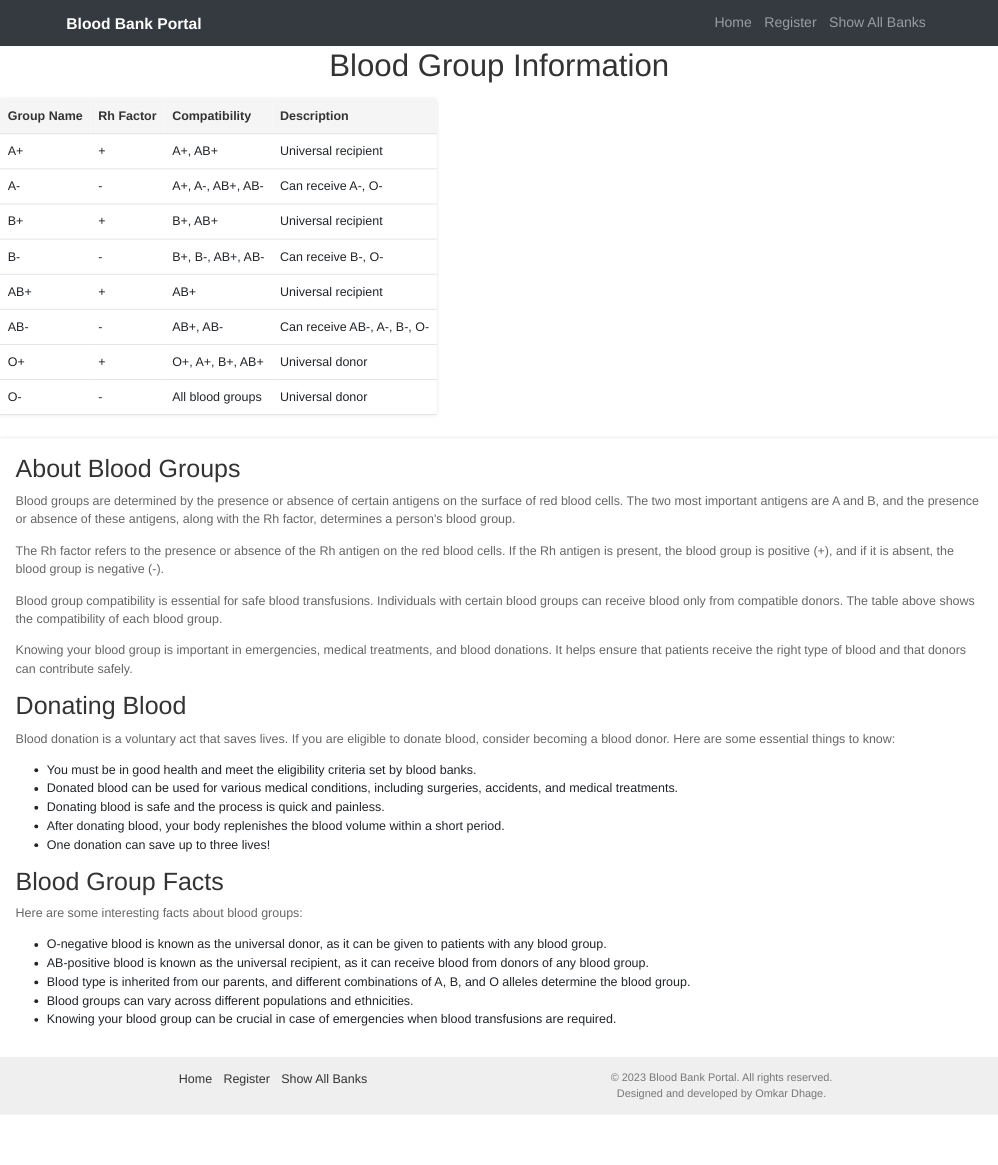
Repository: omi4535/Decentralized_Blood_Bank_System
Page: http://localhost/blood_bank_system/blood_groups_info.jsp
These files come from the project's save history. The page is drawn as it stood at one moment and after the next save; the edit follows.
The browser window is 1280 px wide. The pictures show the whole page, at 78% of full size.
Some web libraries are served in a nearby version. The page is served by Tomcat 9.

Above is the page before, as saved 2023-07-04 19:44:28.

After the next save:
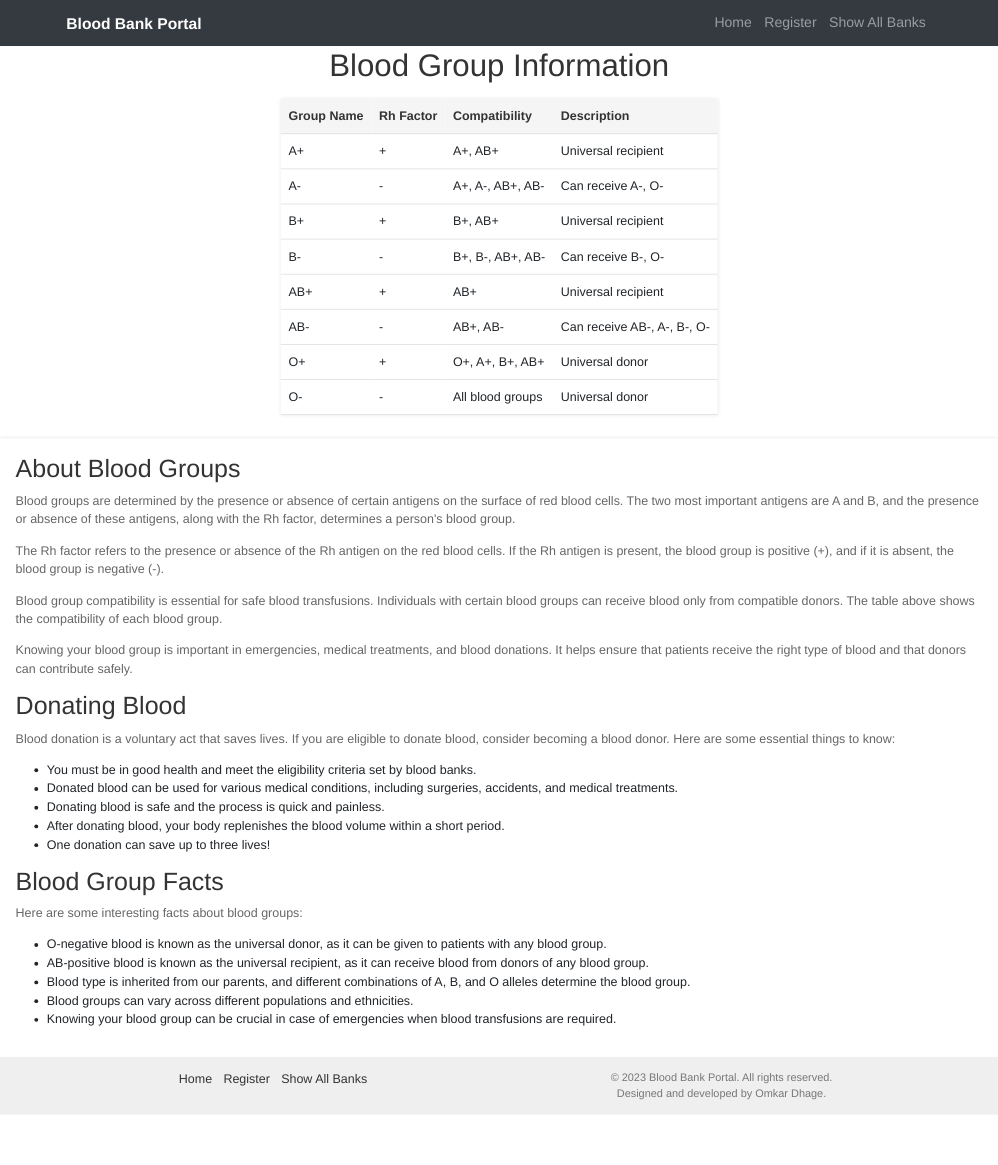
Saved 35 s later.
--- a/blood bank system/src/main/webapp/blood_groups_info.jsp
+++ b/blood bank system/src/main/webapp/blood_groups_info.jsp
@@ -18,7 +18,7 @@
 
         table {
             width: 80%%;
-           	align:center;
+           	margin: 0 auto;
             border-collapse: collapse;
             margin-top: 20px;
             background-color: #fff;

After the 3 saves that followed:
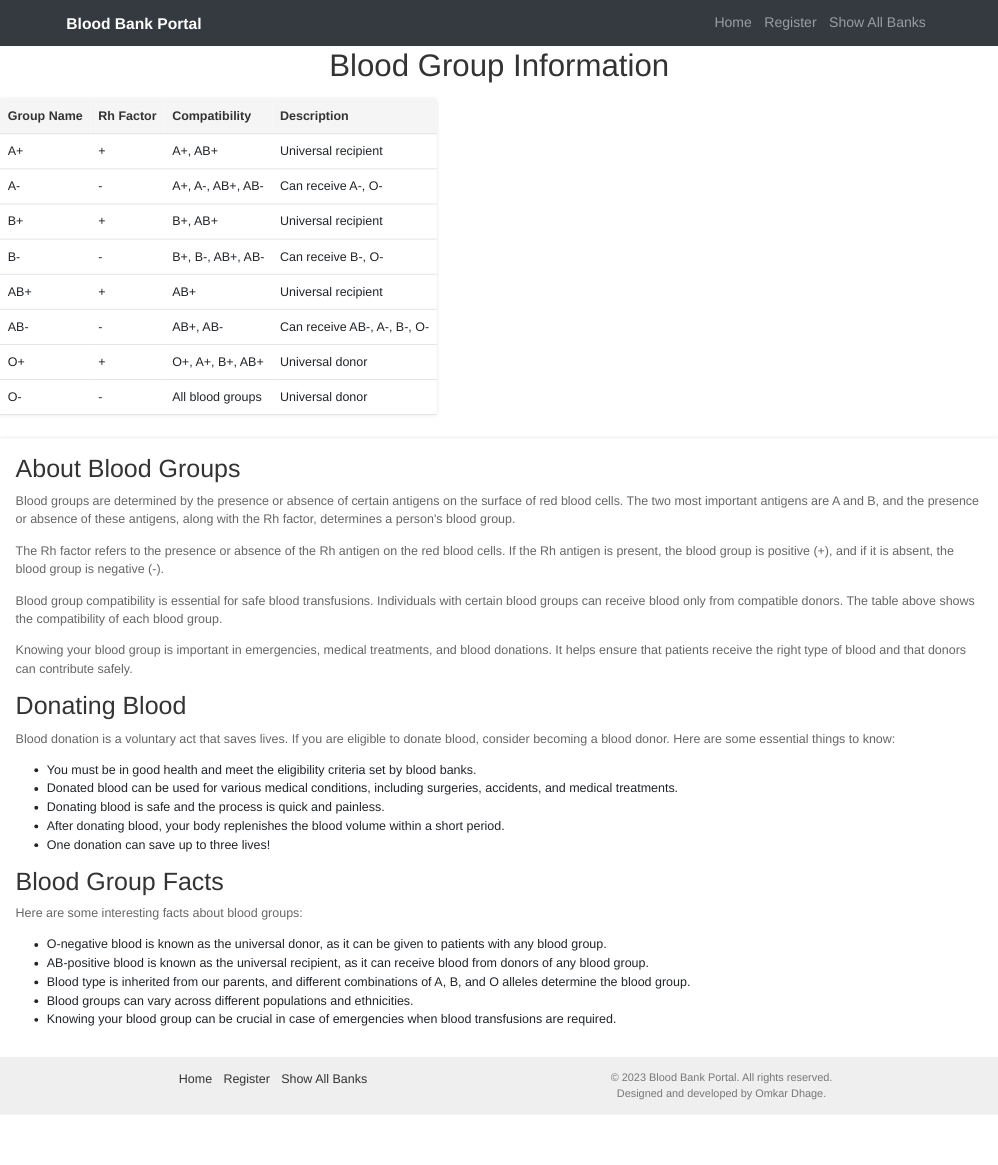
The 3 saves are shown as one change because 2 left the picture as it was.
The last was saved 24 s later.
--- a/blood bank system/src/main/webapp/blood_groups_info.jsp
+++ b/blood bank system/src/main/webapp/blood_groups_info.jsp
@@ -17,8 +17,8 @@
         }
 
         table {
-            width: 80%%;
-           	margin: 0 auto;
+            width: 100%%;
+           	margin: 0 ;
             border-collapse: collapse;
             margin-top: 20px;
             background-color: #fff;
